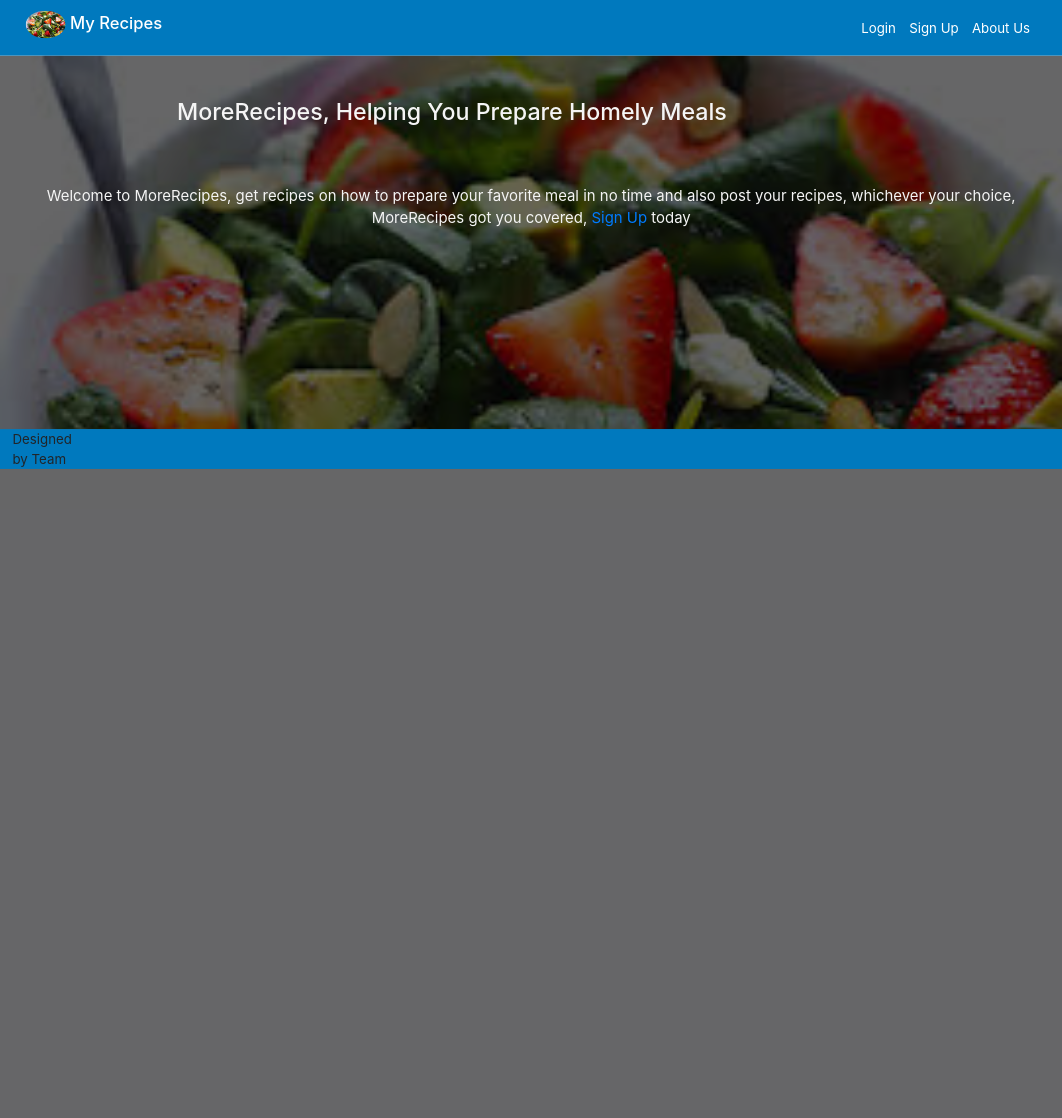
Repository: UggoPrince/more-recipes
Page: html/index.html
These files come from the project's save history. The page is drawn as it stood at one moment and after the next save; the edit follows.
The browser window is 1280 px wide. The pictures show the whole page, at 83% of full size.

Above is the page before, as saved 2018-07-30 07:12:07.

### html/index.html
<html lang="en">
<head>
  <meta charset="UTF-8">
  <meta name="viewport" content="width=device-width, initial-scale=1.0">
  <meta http-equiv="X-UA-Compatible" content="ie=edge">
  <link rel="stylesheet" href="https://maxcdn.bootstrapcdn.com/bootstrap/4.0.0/css/bootstrap.min.css" integrity="sha384-Gn5384xqQ1aoWXA+058RXPxPg6fy4IWvTNh0E263XmFcJlSAwiGgFAW/dAiS6JXm" crossorigin="anonymous"/>
  <style>
    main {
      background-color: rgba(0, 0, 3, 0.6);
      color: whitesmoke;
    }
    div#content {
      background-size: 100vw;
      background-repeat: no-repeat;
      background-image: url(../img/nav-image.jpg);
      background-size: cover;
      height: 450px;
      background-repeat: no-repeat;
    }
    nav {
      background-color: #0079be;
      color: white;
    }
    .nav-link {
      color: white;
    }
  </style>
  <title>My Recipes Homepage</title>
</head>
<body>
  <nav class="xnav navbar navbar-expand-lg">
    <div class="container-fluid">
      <h3 style="color: white;" class="navbar-brand">
        <img class="rounded-circle" src="../img/nav-image.jpg" style="width: 48px;" alt="logo"/>
        My Recipes
      </h3>
      <button class="navbar-toggler" type="button" data-toggle="collapse" aria-controls="navDropdown" aria-expanded="false" aria-label="Toggle Navigation" data-target="#navDropdown" >
        <span class="navbar-toggler-icon"></span>
      </button>
      <div class="collapse navbar-collapse justify-content-end brand-anchor" id="navDropdown">
        <ul class="navbar-nav">
          <li class="nav-item">
            <a class="nav-link" href="login.html">Login</a>
          </li>
          <li class="nav-item">
            <a class="nav-link" href="signup.html">Sign Up</a>
          </li>
          <li class="nav-item">
            <a class="nav-link" href="about.html">About Us</a>
          </li>
        </ul>
      </div>
    </div>
  </nav>
  <div id="content">
    <main class="container-fluid" style="min-height: 100vw;">
      <div class="row">
        <div class="offset-2 col-8;" style="margin-top: 4%;">
            <h3>MoreRecipes, Helping You Prepare Homely Meals</h3>
        </div>
      </div>
      <center>
        <div style="padding-top: 5%; padding-bottom: 20%; font-size: 18px;">
          Welcome to MoreRecipes, get recipes on how to prepare your favorite meal in no time and also post your recipes, whichever your choice, MoreRecipes got you covered, <a href="signup.html">Sign Up</a> today
        </div>
      </center>
    </main>
  </div>
  <footer class="container-fluid" style="background-color: #0079be;">
    <div class="row">
      <div class="col-1">Designed by Team</div>
    </div>
  </footer>
</body>
</html>

After the next save:
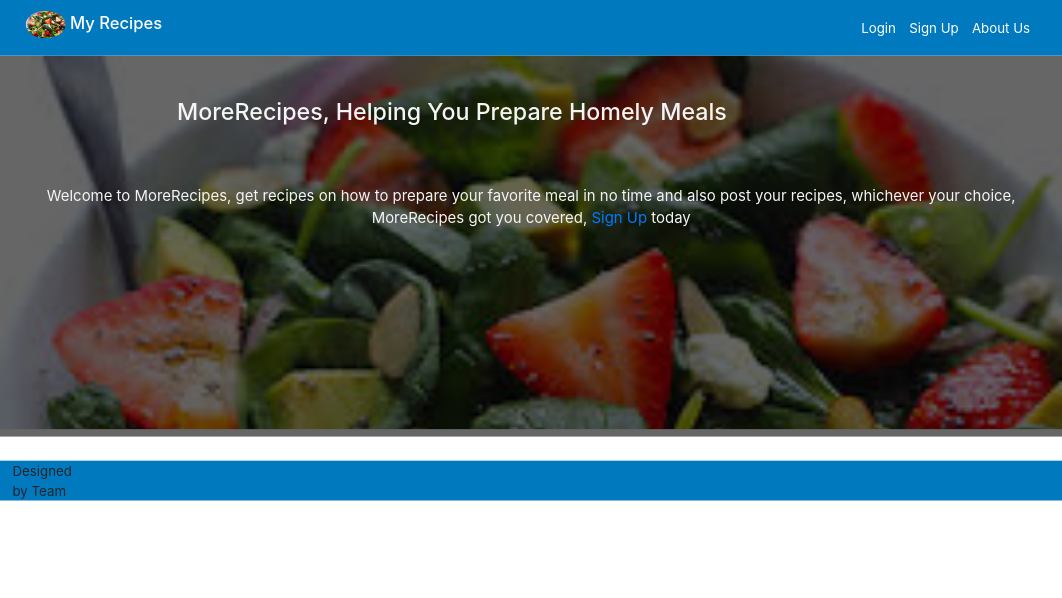
Saved 43 s later.
--- a/html/index.html
+++ b/html/index.html
@@ -53,7 +53,7 @@
     </div>
   </nav>
   <div id="content">
-    <main class="container-fluid" style="min-height: 100vw;">
+    <main class="container-fluid">
       <div class="row">
         <div class="offset-2 col-8;" style="margin-top: 4%;">
             <h3>MoreRecipes, Helping You Prepare Homely Meals</h3>
@@ -66,7 +66,7 @@
       </center>
     </main>
   </div>
-  <footer class="container-fluid" style="background-color: #0079be;">
+  <footer class="container-fluid" style="background-color: #0079be; margin-top: 3%">
     <div class="row">
       <div class="col-1">Designed by Team</div>
     </div>
